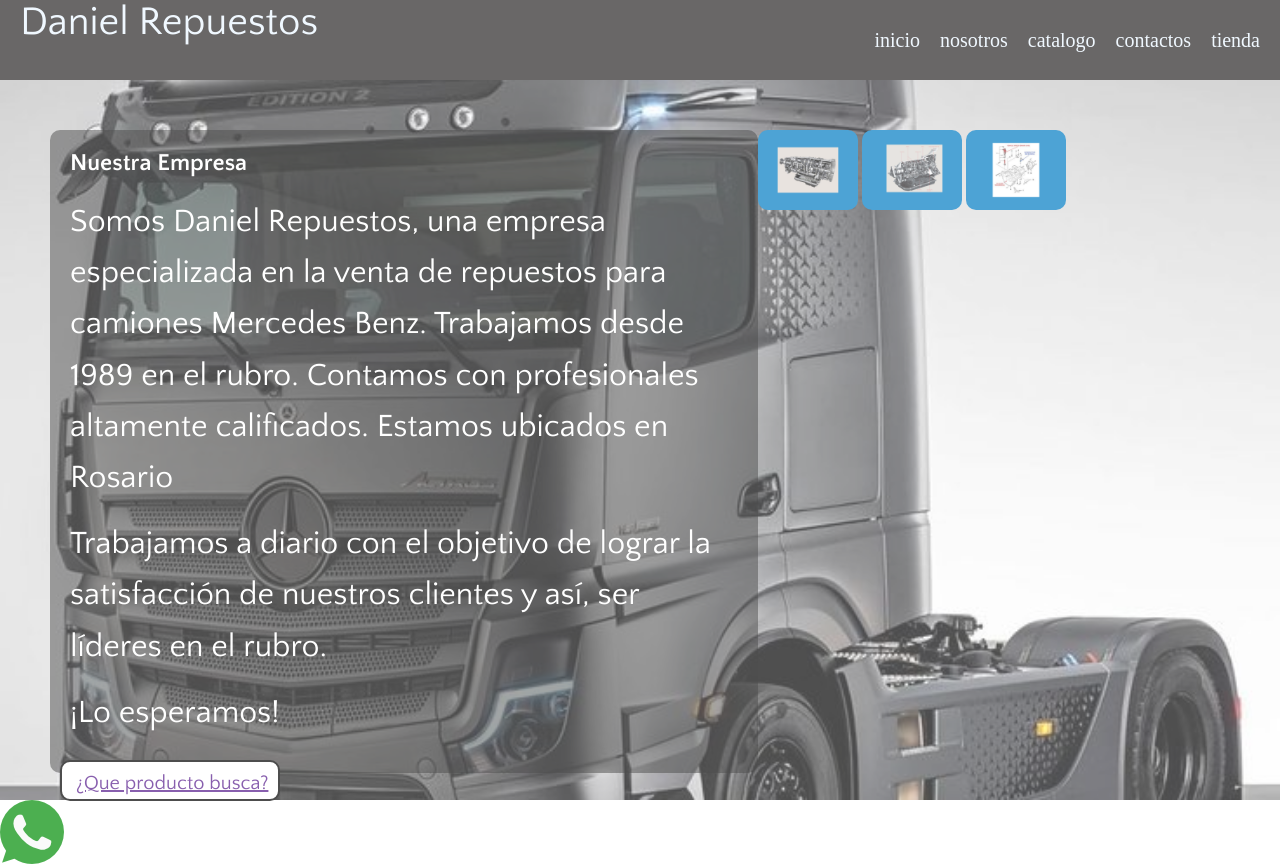
Repository: minesterani/proyecto-caja
Page: pages/nosotros.html
The author's editor kept a copy of each file at every save. The page is drawn from the files as they stood at one save, then again after the next save.
The browser window is 1280 px wide. The pictures show the whole page.

Above is the page before, as saved 2024-09-18 13:15:40.

### pages/nosotros.html
<!DOCTYPE html>
<html lang="en">
<head>
    <meta charset="UTF-8">
    <meta name="viewport" content="width=device-width, initial-scale=1.0">
    <title>Document</title>
    <link rel="preconnect" href="https://fonts.googleapis.com">
<link rel="preconnect" href="https://fonts.gstatic.com" crossorigin>
<link href="https://fonts.googleapis.com/css2?family=Quattrocento+Sans:ital,wght@0,400;0,700;1,400;1,700&display=swap" rel="stylesheet">
    <link rel="stylesheet" href="../css/style.css">
</head>
<body>
    <header class="header-nosotros">
        <h1>Daniel Repuestos</h1>
        <nav>
            <ul class="navNos">
                <li><a href="../index.html">inicio</a></li>
                <li><a href="#">nosotros</a></li>
                <li><a href="./catalogo.html">catalogo</a></li>
                <li><a href="./contactos.html">contactos</a></li>
                <li><a href="./tienda.html">tienda</a></li>
            </ul>
        </nav>
    </header>
    <main>
        <section class="section-nosotros">
            <div class="container-nosotros">
                <div class="texto-nosotros">
                    <h2>Nuestra Empresa</h2>
                    <p>Somos Daniel Repuestos, una empresa especializada en la venta de repuestos para camiones Mercedes Benz. Trabajamos desde 1989 en el rubro. Contamos con profesionales altamente calificados. Estamos ubicados en Rosario</p>
                    <p>Trabajamos a diario con el objetivo de lograr la satisfacción de nuestros clientes y así, ser líderes en el rubro.</p>
                    <p>¡Lo esperamos!</p>
            </div>
            <div class="imagenes-nosotros">
                <img src="../assets/img/1.png" alt="nuestra empresa">
                <img src="../assets/img/2.png" alt="nuestra empresa">
                <img src="../assets/img/3.png" alt="nuestra empresa">
            </div>
        </div>
        <a href="" class="boton">¿Que producto busca?</a>

        </section>
    </main>
    <footer>
        <a class="whatsapp-nosotros"href="https://wa.me/3416513963" target="_blank"></a>
            <img src="../assets/img/whatsapp.png" alt="">
        </a>
    </footer>

</body>
</html>

### css/style.css
*{
    margin: 0;
    padding: 0;
    box-sizing: border-box;

}
h1{
    background-color: rgb(105, 103, 103);
    width: 100%;
    height: 80px;
    font-size: 40px;
    color: aliceblue;
    font-family: "Quattrocento Sans", sans-serif;
    font-weight: 400;
    font-style: normal;
      }
.section-principal{
    background-color: lightblue;
    width: 100%;
    height: 25rem;
    background-image: url("../assets/img/mercedes\ gris.jpeg");
    background-position: center;
    background-size: cover;
    background-repeat: no-repeat;

}
.boton{
    background-color: white;
    font-size: 1.25rem;
    padding: 10px 10px 5px 14px;
    border-width: 2px;
    border-style: solid;
    border-color: black;
    border-radius: 10px;
    position: fixed;
    margin: 10px;



}
.header-index{
    display: flex;
    width: 100%;
    flex-direction: row;
    background-color: rgb(105, 103, 103);
    justify-content: space-between;
    align-items: center;
    padding: 0px 20px;
    position: sticky;
    top: 0;
}
.grid{
        display: grid;
        grid-template-columns: repeat(8,1fr);
        gap: 10px; /* Espacio entre las imágenes */
        width: 100%;
        padding: 0;
        margin: 0;


    }

.grid img{
    width: 100%;
    height: 200px;
    object-fit: cover;



}
.footer-content{
    background-color: #f4f4f4;
    padding: 0;
    margin-top: 0;
    clear: both;
}

.navBar{
    display: flex;
    list-style-type: none;
    gap: 20px;
}
.navBar li a{
    text-decoration: none;
    color: aliceblue;
    font-size: 20px;
}
.footer-content {
    background-color: #f4f4f4; /* Fondo del footer, puedes cambiarlo */
    padding: 20px;
}

.columns {
    display: flex;
    justify-content: space-between;
    align-items: center;
    margin-bottom: 20px; /* Espacio debajo de las columnas */
}

.left-column, .right-column {
    width: 48%; /* Ajusta los porcentajes según tu diseño */
}

.left-column iframe {
    width: 100%;
    height: 300px; /* Ajusta según lo necesites */
    border: 0;
}

.right-column {
    padding-left: 20px; /* Espacio entre las columnas, opcional */
}

.right-column h3 {
    margin-top: 0; /* Para ajustar el margen del título */
}

.footer-bottom {
    text-align: center; /* Centra el texto */
    padding-top: 20px; /* Espacio adicional en la parte superior */
    border-top: 1px solid #ccc; /* Línea separadora, opcional */
}

.footer-bottom p {
    margin: 5px 0; /* Ajusta los márgenes según lo necesites */
}

.whatsapp{
    position: fixed;
    bottom: 10px;
    right: 10px;
}
.whatsapp-contactos{
    position: fixed;
    bottom: 10px;
    right: 10px;
}
.whatsapp-tienda{
    position: fixed;
    bottom: 10px;
    right: 10px;
}
.whatsapp-nosotros{
    position: fixed;
    bottom: 10px;
    right: 10px;
}
.whatsapp-catalogo{
    position: fixed;
    bottom: 10px;
    right: 10px;
}
.section-contactos{
    background-color: rgb(173, 216, 230);
    width: 100%;
    height: 25rem;
    background-image: url("../assets/img/mercedes\ gris.jpeg");
    background-position: center;
    background-size: cover;
    background-repeat: no-repeat;
    opacity: 0.3;

}
.header-contactos{
    display: flex;
    width: 100%;
    flex-direction: row;
    background-color: rgb(105, 103, 103);
    justify-content: space-between;
    align-items: center;
    padding: 0px 20px;
    position: sticky;
    top: 0;

}

.nav-Contactos{
    display: flex;
    list-style-type: none;
    gap: 20px;
}
.nav-Contactos li a{
    text-decoration: none;
    color: aliceblue;
    font-size: 20px;
}
.footer-content {
    background-color: #f4f4f4;
    padding: 0; /* Elimina padding innecesario */
}

.columns {
    display: flex;
    justify-content: space-between;
    align-items: flex-start;
    margin-bottom: 0; /* Elimina el margen inferior */
    padding: 20px 0; /* Ajusta el padding si es necesario */
}

.left-column, .right-column {
    width: 100%;
}

.left-column iframe {
    width: 100%;
    height: 300px;
    border: 0;
}

.right-column {
    padding-left: 20px;
    text-align: center;
    padding-top: 20px;
}

.right-column h3, .right-column p {
    margin: 10px 0; /* Ajusta márgenes si es necesario */
}

.footer-bottom {
    text-align: center;
    padding: 10px 0; /* Reduce el padding superior */
    border-top: 1px solid #ccc;
}

.footer-bottom p {
    margin: 5px 0;
}



.header-tienda{
    display: flex;
    width: 100%;
    flex-direction: row;
    background-color: rgb(105, 103, 103);
    justify-content: space-between;
    align-items: center;
    padding: 0px 20px;
    position: sticky;
    top: 0;
}
.section-tienda{
    background-color: lightblue;
    width: 100%;
    height: 25rem;
    background-image: url("../assets/img/mercedes\ gris.jpeg");
    background-position: center;
    background-size: cover;
    background-repeat: no-repeat;
    opacity: 0.3;
}
.navtienda{
    display: flex;
    list-style-type: none;
    gap: 20px;
}
.navtienda li a{
    text-decoration: none;
    color: aliceblue;
    font-size: 20px;
}
.header-nosotros{
    display: flex;
    width: 100%;
    flex-direction: row;
    background-color: rgb(105, 103, 103);
    justify-content: space-between;
    align-items: center;
    padding: 0px 20px;
    position: sticky;
    top: 0;
}
.section-nosotros{
    position: relative;
    padding: 50px;
    background-image: url("../assets/img/mercedes\ gris.jpeg");
    background-size: cover;
    background-position: center;
    background-repeat: no-repeat;
    opacity: 0.7; /* Ajusta si deseas más opacidad */
    color: white;
    font-family: "Quattrocento Sans", sans-serif;
    height: 100vh;

}
.container-nosotros {
    display: flex;
    justify-content: space-between;
    align-items: flex-start;
    height: 100%;

}

.texto-nosotros {
    width: 60%;
    padding: 20px;
    background-color: rgba(0, 0, 0, 0.5); /* Fondo oscuro para mejorar la legibilidad */
    border-radius: 10px;
    color: white;
}

.texto-nosotros h2 {
    margin-bottom: 20px;
    font-size: 2,5rem;
}

.texto-nosotros p {
    margin-bottom: 15px;
    font-size: 2rem;
    line-height: 1.6;
}

.imagenes-nosotros {
    width: 40%;
}

.imagenes-nosotros img {
    width: 100px;
    height: auto;
    border-radius: 10px;
    object-fit: cover;
    max-height: 500px;
}
.navNos{
    display: flex;
    list-style-type: none;
    gap: 20px;
}
.navNos li a{
    text-decoration: none;
    color: aliceblue;
    font-size: 20px;
}
.header-catalogo{
    display: flex;
    width: 100%;
    flex-direction: row;
    background-color: rgb(105, 103, 103);
    justify-content: space-between;
    align-items: center;
    padding: 0px 20px;
    position: sticky;
    top: 0;
}
.section-catalogos{
    background-color: lightblue;
    width: 100%;
    height: 25rem;
    background-image: url("../assets/img/camion.jpg");
    background-position: center;
    background-size: cover;
    background-repeat: no-repeat;
    opacity: 0.3;
}
.nav-catalogo{
    display: flex;
    list-style-type: none;
    gap: 20px;
}
.nav-catalogo li a{
    text-decoration: none;
    color: aliceblue;
    font-size: 20px;
}
@media(max-width: 1024px){
   .header-index{
        justify-content: space-around;
        }
   .header-tienda{
    justify-content: space-around;
   }
}
@media(max-width:768px){
    h1{
        background-color: rgba(197, 193, 193, 0.555);
        width: 100%;
        height: 80px;
       font-size: 40px;
       padding: 10px;
    }
    .header-index{
        flex-direction: column;
        background-color: gray;
        font-size: 30px;
        padding: 10px;
        align-items: center;
        justify-content: center;
        gap: 30px;
    }
    .header-tienda{
        flex-direction: column;
        background-color: gray;
        font-size: 30px;
        padding: 10px;
        align-items: center;
        justify-content: center;
        gap: 30px;

    }
    .header-catalogo{
        flex-direction: column;
        background-color: gray;
        font-size: 30px;
        padding: 10px;
        align-items: center;
        justify-content: center;
        gap: 30px;
    }
    .header-contactos{
        flex-direction: column;
        background-color: gray;
        font-size: 30px;
        padding: 10px;
        align-items: center;
        justify-content: center;
        gap: 30px;
    }
    .header-nosotros{
        flex-direction: column;
        background-color: gray;
        font-size: 30px;
        padding: 10px;
        align-items: center;
        justify-content: center;
        gap: 30px;
    }
    .navBar{
        padding-bottom: .875rem
    }
    .navBar li a{
        font-size: 1.5rem;
        }
        .section-principal{
            background-image: url("../assets/img/caja\ 2.jpg");
            background-position: center center;
            background-size: 100% 100%;
        }
        .section-tienda{
            background-image: url("../assets/img/caja\ 2.jpg");
            background-position: center center;
            background-size: 100% 100%;
        }
        .section-catalogos{
            background-image: url("../assets/img/caja\ 2.jpg");
            background-position: center center;
            background-size: 100% 100%;

        }
        .section-contactos{
            background-image: url("../assets/img/caja\ 2.jpg");
            background-position: center center;
            background-size: 100% 100%;
        }
        .section-nosotros{
            background-image: url("../assets/img/caja\ 2.jpg");
            background-position: center center;
            background-size: 100% 100%;
        }
        .container-nosotros {
            flex-direction: column;
            align-items: center;
        }

        .imagenes-nosotros {
            width: 100%;
            display: flex;
            justify-content: center;
            flex-direction: column;
        }

        .imagenes-nosotros img {
            max-height: 300px;
        }

        .texto-nosotros {
            width: 100%;
            text-align: center;
        }
    }
   .grid{
    grid-template-columns: repeat(2,1fr);


   }
   .columns{
    flex-direction: column;
    align-items: center;
   }
   .left-column,.right-column{
    width: 100%;
    padding: 0;
   }
   .right-column{
    padding-top: 20px;
   }



@media(max-width:425px){
    .navBar{
        flex-direction: column;
    }
    .navtienda{
        flex-direction: column;
    }
    .nav-catalogo{
        flex-direction: column;
    }
    .nav-Contactos{
        flex-direction: column;
    }
    .navNos{
        flex-direction: column;
    }
    .grid{
        grid-template-columns: 1fr;
        grid-auto-rows: 200px;
        grid-template-areas:
        "img1"
        "img2"
        "img3"
        "img4"
        "img5"
        "img6"
        "img7"
        "img8"
    }
    .grid img{
        width: 100%;
        height: auto;
        object-fit: cover ;

    }
}

After the next save:
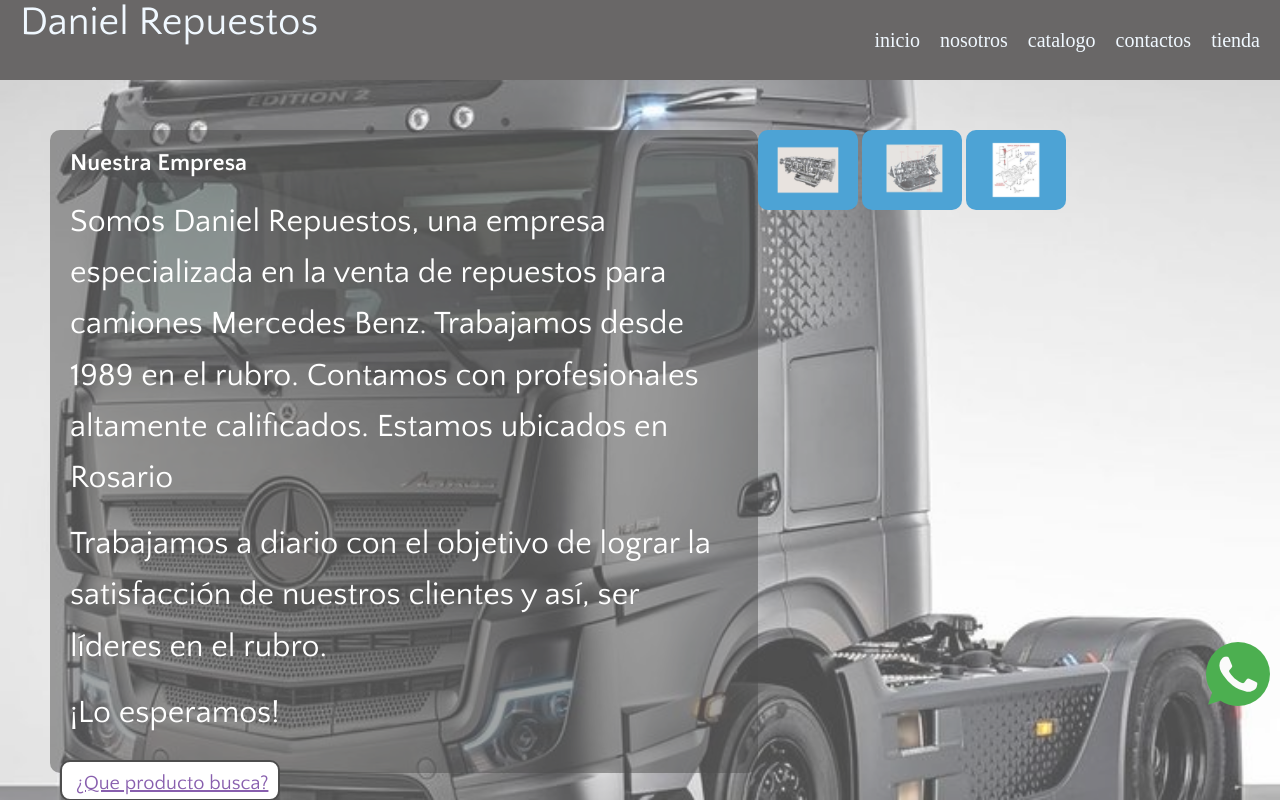
Saved 3 min 14 s later.
--- a/pages/nosotros.html
+++ b/pages/nosotros.html
@@ -42,7 +42,7 @@
         </section>
     </main>
     <footer>
-        <a class="whatsapp-nosotros"href="https://wa.me/3416513963" target="_blank"></a>
+        <a class="whatsapp-nosotros"href="https://wa.me/3416513963" target="_blank">
             <img src="../assets/img/whatsapp.png" alt="">
         </a>
     </footer>
